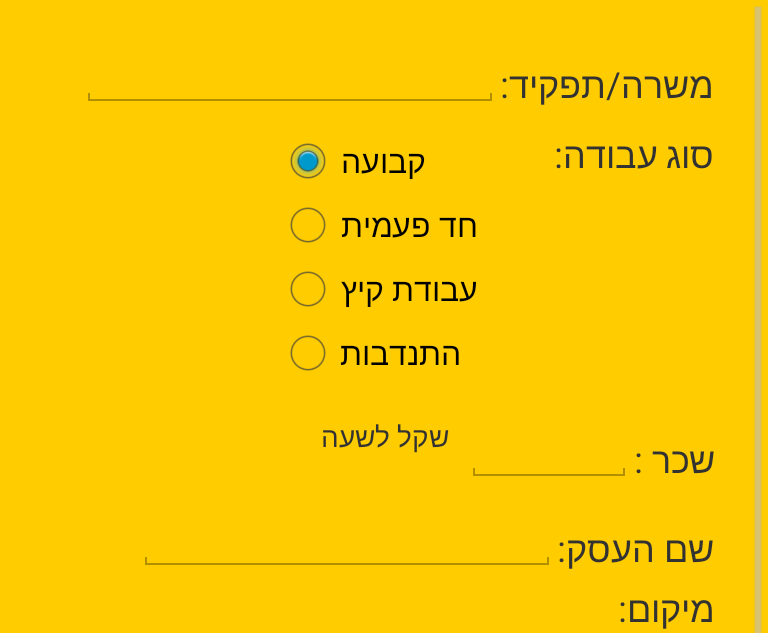
Repository: rodi055/jobli
Layout: Jobli/res/layout/fragment_create_job.xml
The author's editor kept a copy of each file at every save. The layout is drawn from the files as they stood at one save, then again after the next save.
The pictures show rows 0 to 633 of an output 1280 px tall.
Pictures or frames that could not be fetched are drawn as grey boxes. It is drawn on a 768 x 1280 px phone screen (xhdpi) without system bars, with theme AppTheme; the app's code is not run. The app's manifest (not shown) leaves right-to-left support off. So textAlignment, textDirection and layoutDirection are ignored, and left and right values win over start and end ones.

Above is the layout before, as saved 2015-01-03 22:00:59.

After the next save:
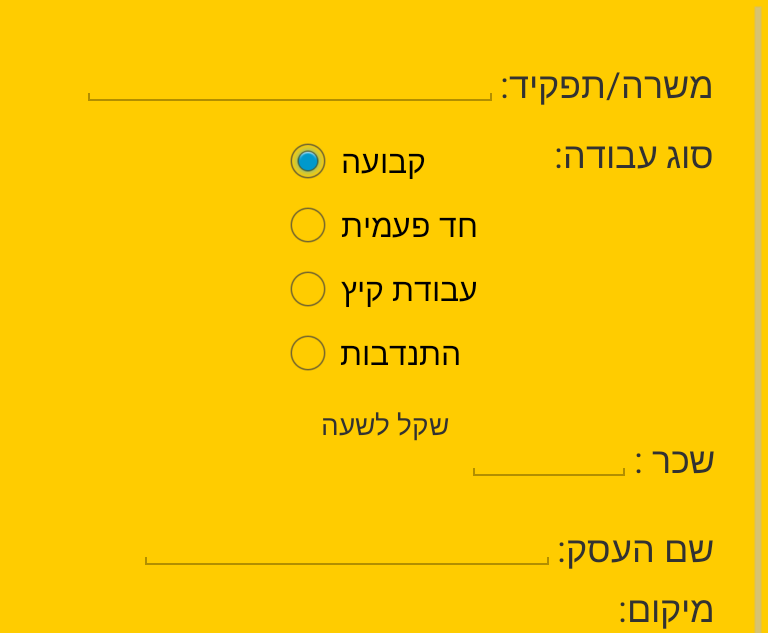
Saved 100 s later.
--- a/Jobli/res/layout/fragment_create_job.xml
+++ b/Jobli/res/layout/fragment_create_job.xml
@@ -135,7 +135,8 @@
                     android:id="@+id/textView9"
                     android:layout_width="wrap_content"
                     android:layout_height="wrap_content"
-                    android:layout_alignBottom="@+id/textView8"
+                    android:layout_alignBottom="@+id/editText8"
+                    android:layout_alignTop="@+id/textView8"
                     android:layout_marginRight="8dp"
                     android:layout_toLeftOf="@+id/editText8"
                     android:text="שקל לשעה" />
